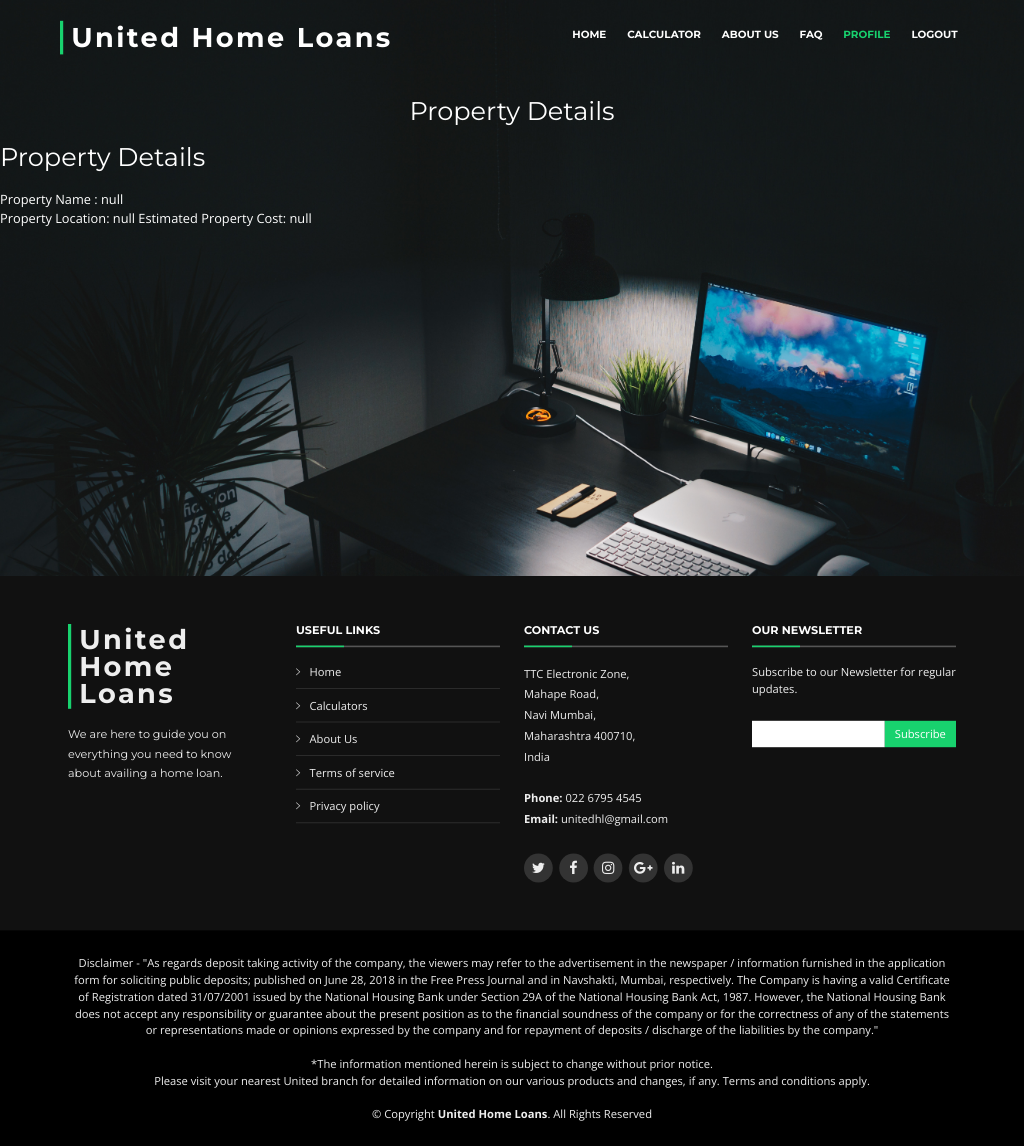
Repository: pnpnp/Compressed
Page: http://localhost/DemoSpringMVC2/WEB-INF/views/propertydetails.jsp
The author's editor kept a copy of each file at every save. The page is drawn from the files as they stood at one save, then again after the next save.
The browser window is 1280 px wide. The pictures show the whole page, at 80% of full size.
The page is served by Tomcat 9. Nobody is signed in. The template is opened directly, without the code that normally fills it, so the values that code supplies are empty.

Above is the page before, as saved 2019-01-20 15:36:27.

After the next save:
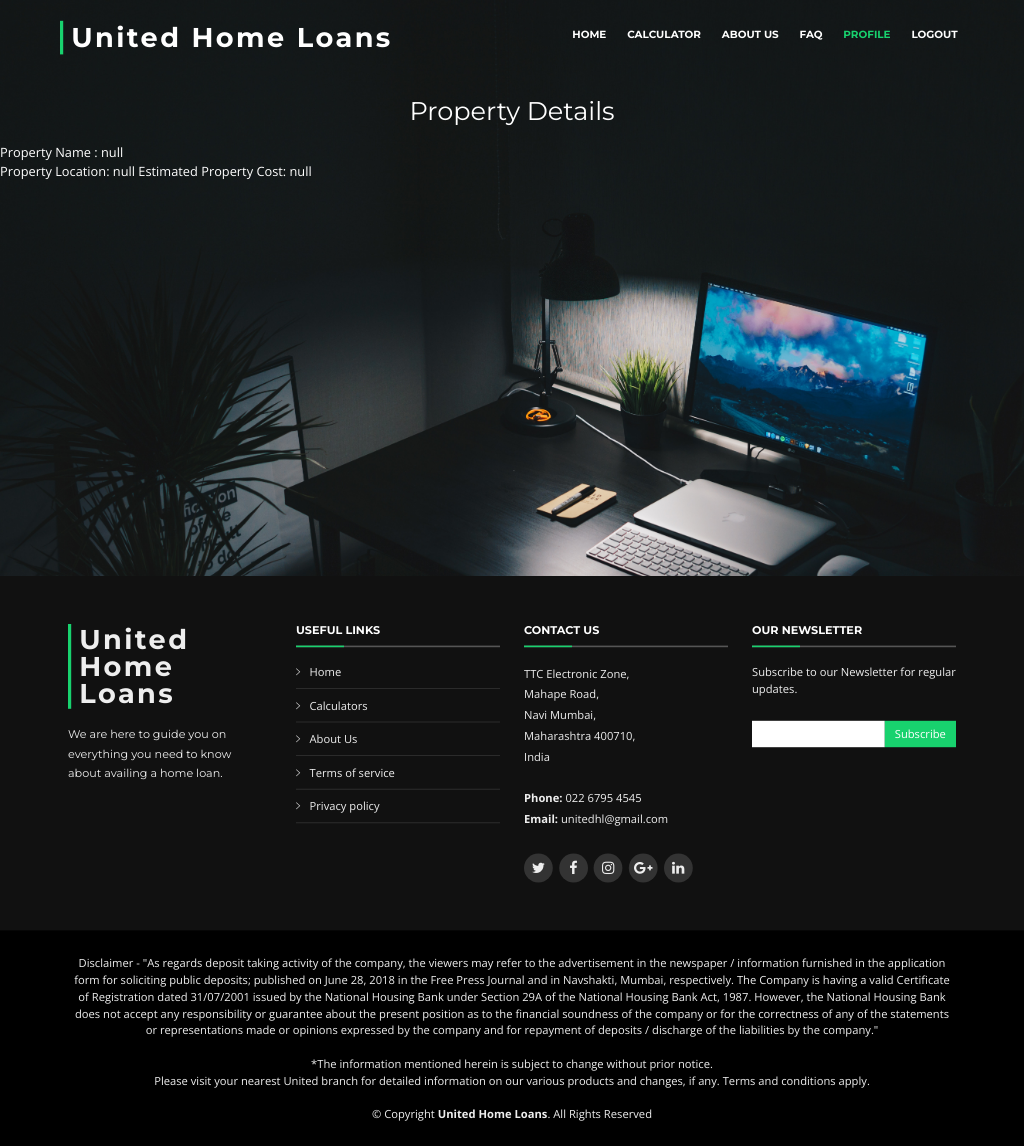
Saved 22 s later.
--- a/DemoSpringMVC2/WebContent/WEB-INF/views/propertydetails.jsp
+++ b/DemoSpringMVC2/WebContent/WEB-INF/views/propertydetails.jsp
@@ -75,7 +75,6 @@
             <button type="button" class="btn btn-danger">Loan Tracker</button>> &nbsp; &nbsp;
                 <button type="button" class="btn btn-info">Account Details</button>&nbsp; &nbsp; -->
 
-				<h2> Property Details</h2>
                 Property Name : <%=session.getAttribute("propertyName") %> <br>
 				Property Location: <%=session.getAttribute("propertyLocation") %>
 				Estimated Property Cost: <%=session.getAttribute("propertyCost") %>
